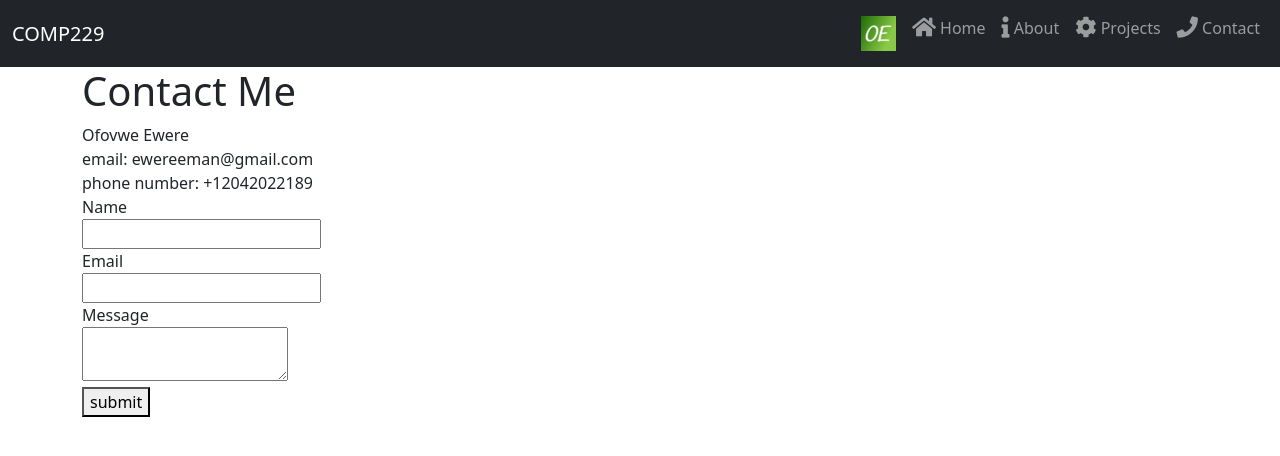
Repository: ofovweewere/Career-Portfolio
Page: http://localhost/contact
An editor plug-in stored every save of this project. The page is shown before and after the next save, followed by the edit.
The browser window is 1280 px wide. The pictures show the whole page.
The page is served by the project's Node server (index.js). Other server files are loaded and not shown.

Above is the page before, as saved 2022-04-14 03:00:05.

### Server/Views/index.ejs
<!--File name: index.ejs,
  Student's name: Ofovwe Ewere
  Student's id: 301188196
  Date: June 4, 2021
-->
<!DOCTYPE html>
<html lang="en">
<head>
  <meta charset="UTF-8">
  <meta http-equiv="X-UA-Compatible" content="IE=edge">
  <meta name="viewport" content="width=device-width, initial-scale=1.0">
  <title><%= title %></title>
  <!--CSS Section -->
  <link rel="stylesheet" href="/bootstrap/dist/css/bootstrap.min.css">
  <link rel="stylesheet" href="/@fortawesome/fontawesome-free/css/all.min.css">
  <link rel="stylesheet" href="/Content/app.css">
</head>
<body>
  <!--Navigation Section-->
  <header>
    <%- include('./components/header.ejs') %>
  </header>

  <!--Main content-->
  <main>
    <%- include('./content/' +page +'.ejs') %>
  </main>



  <!--Javascript Section-->
  <script src="/jquery/dist/jquery.min.js"></script>
  <script src="/bootstrap/dist/js/bootstrap.min.js"></script>
  <script src="/Scripts/app.js"></script>
</body>
</html>

### Server/Views/components/header.ejs
<!--File name: header.ejs,
  Student's name: Ofovwe Ewere
  Student's id: 301188196
  Date: June 4, 2021
-->
<nav class="navbar navbar-expand-lg navbar-dark bg-dark">
    <div class="container-fluid">
      <a class="navbar-brand" href="#">COMP229</a>
      <button class="navbar-toggler" type="button" data-bs-toggle="collapse" data-bs-target="#navbarSupportedContent" aria-controls="navbarSupportedContent" aria-expanded="false" aria-label="Toggle navigation">
        <span class="navbar-toggler-icon"></span>
      </button>
      <div class="collapse navbar-collapse" id="navbarSupportedContent">
        <ul class="navbar-nav ms-auto mb-2 mb-lg-0">
          <li class="nav-item">
            <a class="nav-link"  href="#"><img src="Assets/images/logo.png"></a>
          </li>

          <li class="nav-item">
            <a class="nav-link" href="/home"><i class="fas fa-home fa-lg"></i> Home</a>
          </li>

          <li class="nav-item">
            <a class="nav-link" href="/about"><i class="fas fa-info fa-lg"></i> About</a>
          </li>

          <li class="nav-item">
            <a class="nav-link" href="/projects"><i class="fas fa-cog fa-lg"></i> Projects</a>
          </li>

          <!-- <li class="nav-item">
            <a class="nav-link" href="/services"><i class="fas fa-map fa-lg"></i> Services</a>
          </li> -->

          <li class="nav-item">
            <a class="nav-link" href="/contact"><i class="fas fa-phone fa-lg"></i> Contact</a>
          </li>


        </ul>

      </div>
    </div>
  </nav>

### Server/Views/content/contact.ejs
<!--File name: contact.ejs,
  Student's name: Ofovwe Ewere
  Student's id: 301188196
  Date: June 4, 2021
-->
<div class="container">
    <h1>Contact Me</h1>
    <div class="panel panel-default">
    <div class="panel-body">Ofovwe Ewere</div>
    <div class="panel-body">email: ewereeman@gmail.com</div>
    <div class="panel-body">phone number: +12042022189</div>
  </div>
  <div>
  <form id="contact-form">
        <div><input type="hidden" name="contact_number">
        <label>Name</label></div>

        <input type="text" name="user_name">
        <br>
        <label>Email</label>
        <div><input type="email" name="user_email"></div>

        <label>Message</label>
        <div><textarea name="message"></textarea></div>
        <form method="get" action="/home">

        </form>


        <button onclick="document.location='/home'">submit</button>
    </form>
    </div>


  </div>

### index.js
#!/usr/bin/env node

/**
 * Module dependencies.
 *  File name: index.js,
    Student's name: Ofovwe Ewere
    Student's id: 301188196
    Date: June 4, 2021

 */
"use strict";
var __importDefault = (this && this.__importDefault) || function (mod) {
    return (mod && mod.__esModule) ? mod : { "default": mod };
};
Object.defineProperty(exports, "__esModule", { value: true });
const app_1 = __importDefault(require("./Server/Config/app"));
const debug_1 = __importDefault(require("debug"));
debug_1.default('week4:server');
const http_1 = __importDefault(require("http"));
let port = normalizePort(process.env.PORT || '3000');
app_1.default.set('port', port);
let server = http_1.default.createServer(app_1.default);
server.listen(port);
server.on('error', onError);
server.on('listening', onListening);
function normalizePort(val) {
    let port = parseInt(val, 10);
    if (isNaN(port)) {
        return val;
    }
    if (port >= 0) {
        return port;
    }
    return false;
}
function onError(error) {
    if (error.syscall !== 'listen') {
        throw error;
    }
    var bind = typeof port === 'string'
        ? 'Pipe ' + port
        : 'Port ' + port;
    switch (error.code) {
        case 'EACCES':
            console.error(bind + ' requires elevated privileges');
            process.exit(1);
            break;
        case 'EADDRINUSE':
            console.error(bind + ' is already in use');
            process.exit(1);
            break;
        default:
            throw error;
    }
}
function onListening() {
    let addr = server.address();
    let bind = typeof addr === 'string'
        ? 'pipe ' + addr
        : 'port ' + addr.port;
    debug_1.default('Listening on ' + bind);
}
//# sourceMappingURL=index.js.map

### Server/Routes/index.js
/**
 * Module dependencies.
 *  File name: index.js,
    Student's name: Ofovwe Ewere
    Student's id: 301188196
    Date: June 4, 2021

 */
"use strict";
var __importDefault = (this && this.__importDefault) || function (mod) {
    return (mod && mod.__esModule) ? mod : { "default": mod };
};
Object.defineProperty(exports, "__esModule", { value: true });
const express_1 = __importDefault(require("express"));
const router = express_1.default.Router();
exports.default = router;
router.get('/', function (req, res, next) {
    res.render('index', { title: 'Home', page: 'home' });
});
router.get('/home', function (req, res, next) {
    res.render('index', { title: 'Home', page: 'home' });
});
router.get('/about', function (req, res, next) {
    res.render('index', { title: 'About Me', page: 'about' });
});
router.get('/projects', function (req, res, next) {
    res.render('index', { title: 'My Projects', page: 'projects' });
});
router.get('/services', function (req, res, next) {
    res.render('index', { title: 'My Services', page: 'services' });
});
router.get('/contact', function (req, res, next) {
    res.render('index', { title: 'Contact Me', page: 'contact' });
});
//# sourceMappingURL=index.js.map

### Client/Content/app.css
/* your custom css goes here*/

### Client/Scripts/app.js
/**
 * Module dependencies.
 *  File name: app.js,
    Student's name: Ofovwe Ewere
    Student's id: 301188196
    Date: June 4, 2021

 */
"use strict";
(function () {
    function Start() {
        console.log("app started");
    }
    window.addEventListener("load", Start);
})();
//# sourceMappingURL=app.js.map

After the next save:
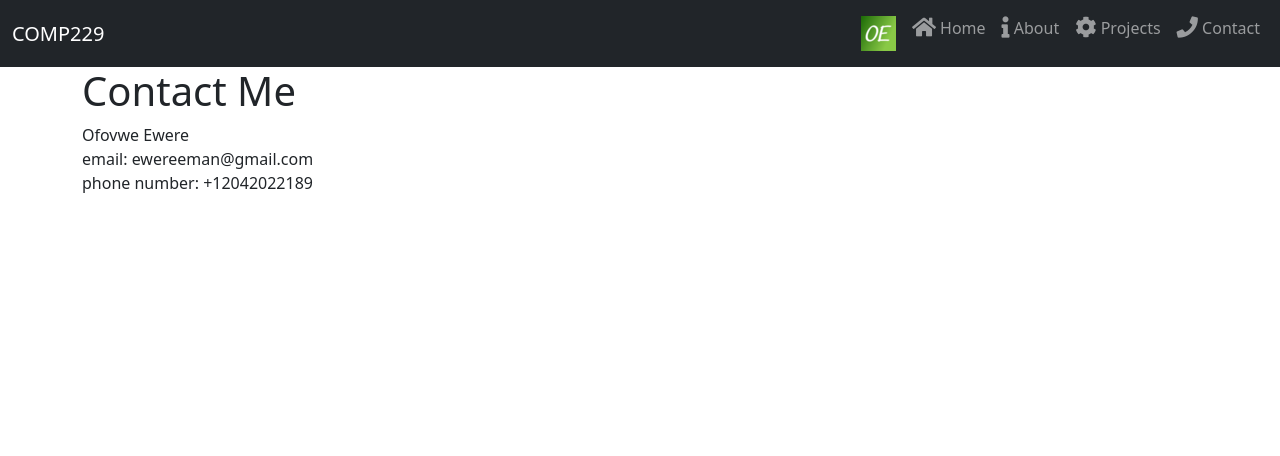
Saved 13 s later.
--- a/Server/Views/content/contact.ejs
+++ b/Server/Views/content/contact.ejs
@@ -11,24 +11,7 @@
     <div class="panel-body">phone number: +12042022189</div>
   </div>
   <div>
-  <form id="contact-form">
-        <div><input type="hidden" name="contact_number">
-        <label>Name</label></div>
 
-        <input type="text" name="user_name">
-        <br>
-        <label>Email</label>
-        <div><input type="email" name="user_email"></div>
-
-        <label>Message</label>
-        <div><textarea name="message"></textarea></div>
-        <form method="get" action="/home">
-
-        </form>
-
-
-        <button onclick="document.location='/home'">submit</button>
-    </form>
     </div>
 
 
